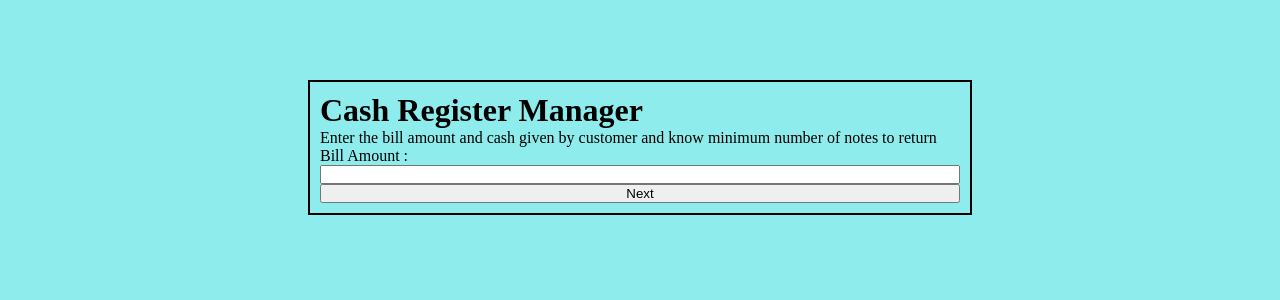
Repository: patelamancode/Cash-register-manager-app
Page: index.html
The author's editor kept a copy of each file at every save. The page is drawn from the files as they stood at one save, then again after the next save.
The browser window is 1280 px wide. The pictures show the whole page.

Above is the page before, as saved 2022-11-18 15:28:20.

After the next save:
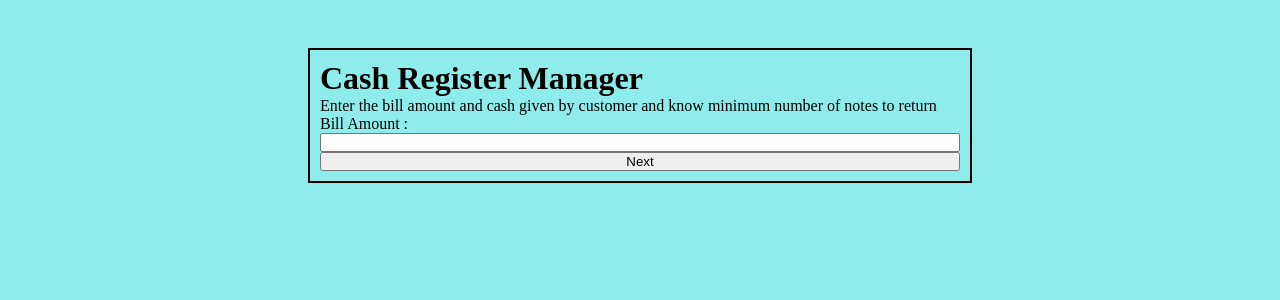
Saved 8 s later.
--- a/index.css
+++ b/index.css
@@ -12,7 +12,7 @@ body{
     flex-direction: column;
     width: 50vw;
     margin: auto;
-    margin-top: 5rem;
+    margin-top: 3rem;
     padding: 10px;
     border: 2px solid black;
 
